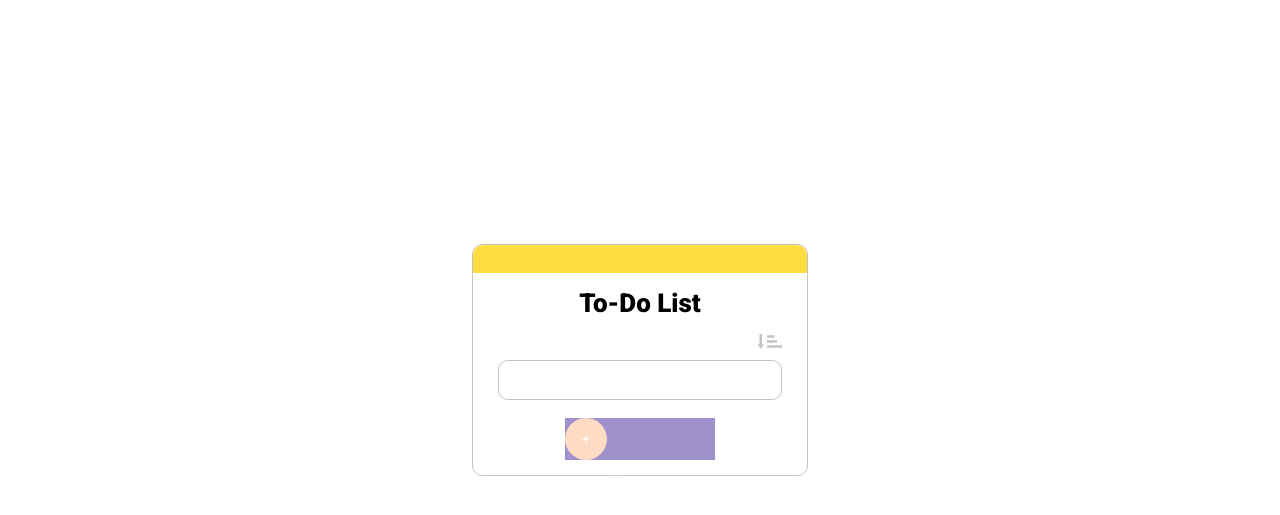
Repository: PoladEziz/Task-15
Page: index.html
These files come from the project's save history. The page is drawn as it stood at one moment and after a run of saves; the edit follows.
The browser window is 1280 px wide. The pictures show the whole page.
The style sheet was rebuilt from its Sass, Less or Tailwind sources for each picture, by a compiler version that may differ from the author's.

Above is the page before, as saved 2023-08-10 15:38:56.

### index.html
<!DOCTYPE html>
<html lang="en">
<head>
    <meta charset="UTF-8">
    <meta name="viewport" content="width=device-width, initial-scale=1.0">
    <title>Document</title>
    <link rel="stylesheet" href="./index.css">
</head>
<body>
    <div class="main">
        <div class="box">
            <div class="box-top"></div>
            <div class="box-bottom">
                <h1>To-Do List</h1>
                <form action="">
                    <img src="./img/Group 38 (1).png" alt="">
                    <input type="text">
                    <button><div>+</div><p>Добавить</p></button>
                </form>

            </div>
        </div>
    </div>

</body>
<script src="./index.js"></script>
</html>

### index.scss
@import url("https://fonts.googleapis.com/css2?family=Roboto:wght@400;900&display=swap");
* {
  margin: 0;
  padding: 0;
  box-sizing: border-box;
}
.main {
  width: 100%;
  height: 100vh;
  display: flex;
  align-items: center;
  justify-content: center;
  .box {
    width: 336px;
    /* min-height: 236px; */
    border-radius: 10px;
    border: 1px solid #c4c4c4;
    background: rgba(196, 196, 196, 0);
    .box-top {
      width: 100%;
      height: 28px;
      background-color: #ffdc40;
      border-top-left-radius: 10px;
      border-top-right-radius: 10px;
    }
    .box-bottom {
      width: 100%;
      padding: 15px 25px;

      h1 {
        margin-bottom: 16px;
        color: #000;
        text-align: center;
        font-family: Roboto;
        font-size: 26px;
        font-style: normal;
        font-weight: 900;
        line-height: normal;
        text-transform: capitalize;
      }
      form{
        display: flex;
        flex-direction: column;
        align-items: center;
        img {
          width: 25px;
          height: 15px;
          margin-left: auto;
          margin-bottom: 11px;
        }
        input {
          width: 100%;
          height: 40px;
          margin-bottom: 18px;
          border-radius: 10px;
          border: 1px solid #c4c4c4;
          background: rgba(196, 196, 196, 0);
          color: #000;
          font-family: Roboto;
          font-size: 14px;
          font-style: normal;
          font-weight: 400;
          line-height: normal;
        }
        button {
          width: 150px;
          height: 42px;
          background-color: #9f91cc;
          border: none;
          p {
            color: #fff;
            text-align: center;
            font-family: Roboto;
            font-size: 14px;
            font-style: normal;
            font-weight: 400;
            line-height: normal;
          }
          div {
            width: 42px;
            height: 42px;
            border-radius: 50%;
            background-color: #ffdbc3;
            display: flex;
            align-items: center;
            justify-content: center;
            color: #fff;
            text-align: center;
            font-family: Roboto;
            font-size: 14px;
            font-style: normal;
            font-weight: 400;
            line-height: normal;
          }
        }
      }

    }
  }
}

Loaded but not shown: index.js (no stored copy; drawn as an empty file)

After the next 2 saves:
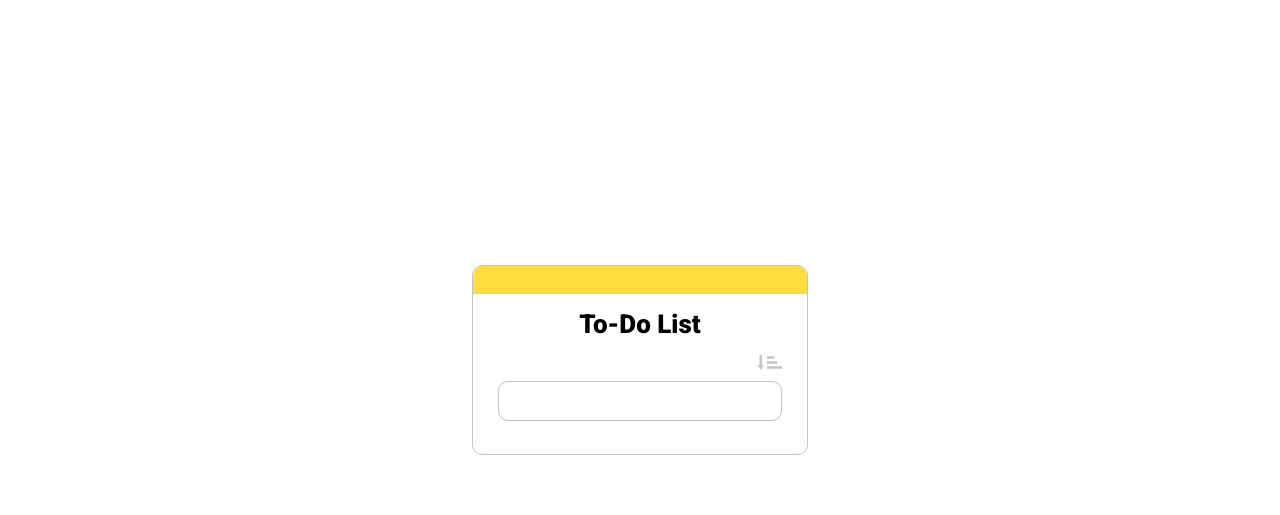
The 2 saves are shown as one change because they came seconds apart.
The last was saved 51 s later.
--- a/index.html
+++ b/index.html
@@ -15,7 +15,7 @@
                 <form action="">
                     <img src="./img/Group 38 (1).png" alt="">
                     <input type="text">
-                    <button><div>+</div><p>Добавить</p></button>
+                    <!-- <button><div>+</div><p>Добавить</p></button> -->
                 </form>
 
             </div>
